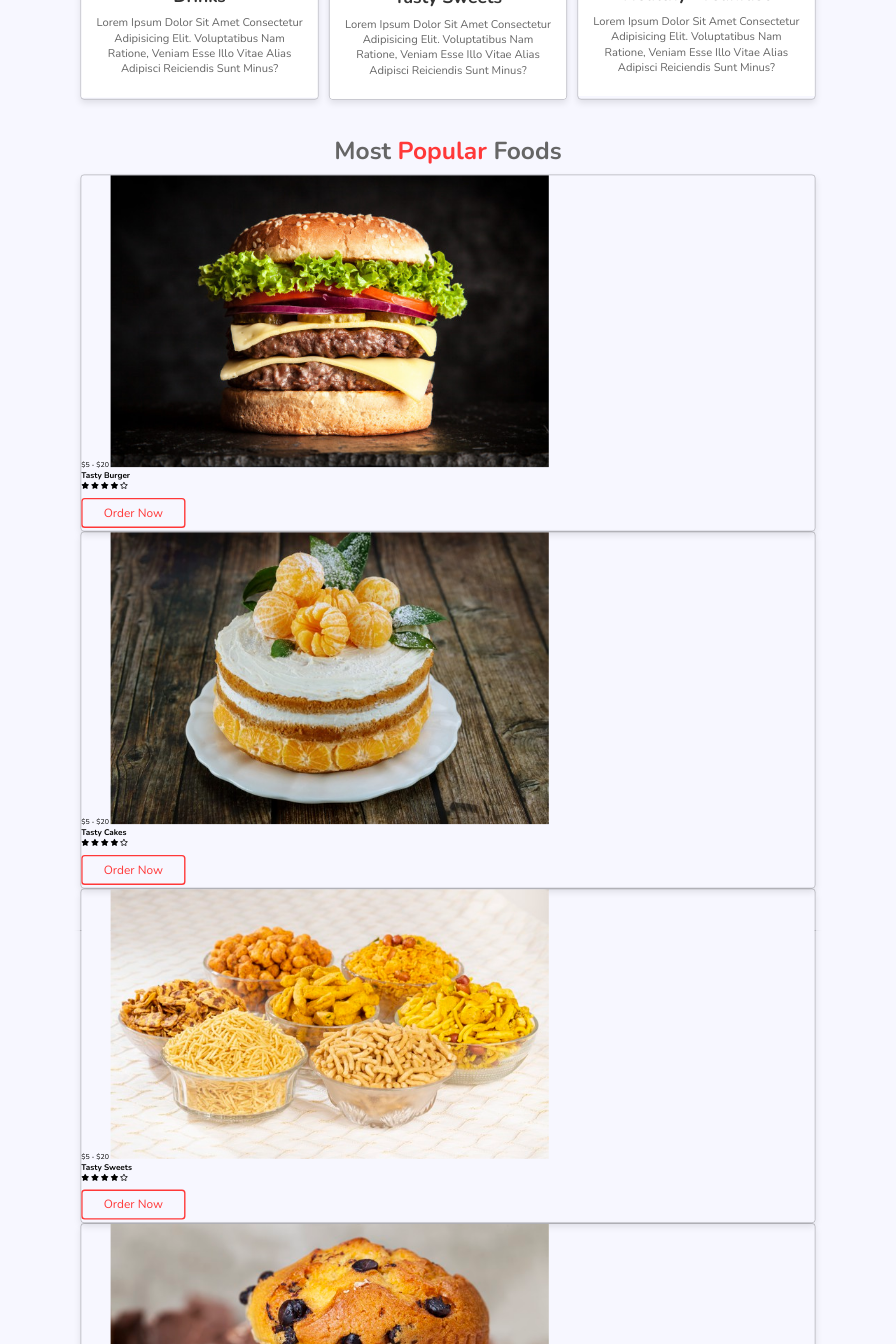
Repository: ManhTanVN/food
Page: index.html
The author's editor kept a copy of each file at every save. The page is drawn from the files as they stood at one save, then again after the next save.
The browser window is 1280 px wide. The pictures show the part of the page from y = 1225 to 3145 px (the page is 4525 px tall before and 4513 px after), at 70% of full size.
The style sheet was rebuilt from its Sass, Less or Tailwind sources for each picture, by a compiler version that may differ from the author's.

Above is the page before, as saved 2021-08-29 16:29:38.

### index.html
<!DOCTYPE html>
<html lang="en">
<head>
    <meta charset="UTF-8">
    <meta http-equiv="X-UA-Compatible" content="IE=edge">
    <meta name="viewport" content="width=device-width, initial-scale=1.0">
    <title>Document</title>
    <!-- font awe-some CDN -->
    <link rel="stylesheet" href="https://cdnjs.cloudflare.com/ajax/libs/font-awesome/5.15.4/css/all.min.css">

    <!-- custom css -->
    <link rel="stylesheet" href="./assets/css/style.css">
</head>
<body>
    <!-- header section start -->
    <header>
        <a href="#" class="logo"><i class="fas fa-utensils"></i>food</a>
        <div id="menu-bar" class="fas fa-bars"></div>
        <nav class="navbar">
            <a href="#home">home</a>
            <a href="#speciality">speciality</a>
            <a href="#popular">popular</a>
            <a href="#gallery">gallery</a>
            <a href="#review">review</a>
            <a href="#order">order</a>
        </nav>
    </header>
    <!-- header section end -->

    <!-- home section starts -->
    <section class="home" id="home">
        <div class="home__content">
            <h3>food made with love</h3>
            <p>Lorem ipsum dolor sit amet, consectetur adipisicing elit. Corrupti inventore error fugit alias sapiente, eveniet minima impedit repellendus, itaque beatae porro ullam nobis, vero assumenda quod quibusdam consequuntur provident! Error!</p>
            <a href="#" class="btn">order now</a>
        </div>
        <div class="home__image">
            <img src="./assets/images/home-img.png" alt="">
        </div>


    </section>
    <!-- home section ends -->

    <!-- speciality section starts -->
    <section class="speciality" id="speciality">
        <h1 class="heading">our <span>speciality</span></h1>
        <div class="box-container">
            <div class="box">
                <img class="box__image" src="./assets/images/s-img-1.jpg" alt="">
                <div class="box__content">
                    <img src="./assets/images/s-1.png" alt="">
                    <h3>tasty burger</h3>
                    <p>Lorem ipsum dolor sit amet consectetur adipisicing elit. Voluptatibus nam ratione, veniam esse illo vitae alias adipisci reiciendis sunt minus?</p>
                </div>
            </div>
            <div class="box">
                <img class="box__image" src="./assets/images/s-img-2.jpg" alt="">
                <div class="box__content">
                    <img src="./assets/images/s-2.png" alt="">
                    <h3>tasty pizza</h3>
                    <p>Lorem ipsum dolor sit amet consectetur adipisicing elit. Voluptatibus nam ratione, veniam esse illo vitae alias adipisci reiciendis sunt minus?</p>
                </div>
            </div>
            <div class="box">
                <img class="box__image" src="./assets/images/s-img-3.jpg" alt="">
                <div class="box__content">
                    <img src="./assets/images/s-3.png" alt="">
                    <h3>cold ice-cream</h3>
                    <p>Lorem ipsum dolor sit amet consectetur adipisicing elit. Voluptatibus nam ratione, veniam esse illo vitae alias adipisci reiciendis sunt minus?</p>
                </div>
            </div>
            <div class="box">
                <img class="box__image" src="./assets/images/s-img-4.jpg" alt="">
                <div class="box__content">
                    <img src="./assets/images/s-4.png" alt="">
                    <h3>drinks</h3>
                    <p>Lorem ipsum dolor sit amet consectetur adipisicing elit. Voluptatibus nam ratione, veniam esse illo vitae alias adipisci reiciendis sunt minus?</p>
                </div>
            </div>
            <div class="box">
                <img class="box__image" src="./assets/images/s-img-5.jpg" alt="">
                <div class="box__content">
                    <img src="./assets/images/s-5.png" alt="">
                    <h3>tasty sweets</h3>
                    <p>Lorem ipsum dolor sit amet consectetur adipisicing elit. Voluptatibus nam ratione, veniam esse illo vitae alias adipisci reiciendis sunt minus?</p>
                </div>
            </div>
            <div class="box">
                <img class="box__image" src="./assets/images/s-img-6.jpg" alt="">
                <div class="box__content">
                    <img src="./assets/images/s-6.png" alt="">
                    <h3>healthy breakfast</h3>
                    <p>Lorem ipsum dolor sit amet consectetur adipisicing elit. Voluptatibus nam ratione, veniam esse illo vitae alias adipisci reiciendis sunt minus?</p>
                </div>
            </div>
        </div>
    </section>
    <!-- speciality section ends -->

    <!-- popular section starts -->
    <section class="popular" id="popular">
        <h1 class="heading">most <span>popular</span> foods</h1>
        <div class="box-container">
            <div class="box">
                <span class="box__price"> $5 - $20 </span>
                <img src="./assets/images/p-1.jpg" alt="">
                <h3>tasty burger</h3>
                <div class="box__star">
                    <i class="fas fa-star"></i>
                    <i class="fas fa-star"></i>
                    <i class="fas fa-star"></i>
                    <i class="fas fa-star"></i>
                    <i class="far fa-star"></i>
                </div>
                <a href="#" class="btn">order now</a>
            </div>
            <div class="box">
                <span class="box__price"> $5 - $20 </span>
                <img src="./assets/images/p-2.jpg" alt="">
                <h3>tasty cakes</h3>
                <div class="box__star">
                    <i class="fas fa-star"></i>
                    <i class="fas fa-star"></i>
                    <i class="fas fa-star"></i>
                    <i class="fas fa-star"></i>
                    <i class="far fa-star"></i>
                </div>
                <a href="#" class="btn">order now</a>
            </div>
            <div class="box">
                <span class="box__price"> $5 - $20 </span>
                <img src="./assets/images/p-3.jpg" alt="">
                <h3>tasty sweets</h3>
                <div class="box__star">
                    <i class="fas fa-star"></i>
                    <i class="fas fa-star"></i>
                    <i class="fas fa-star"></i>
                    <i class="fas fa-star"></i>
                    <i class="far fa-star"></i>
                </div>
                <a href="#" class="btn">order now</a>
            </div>
            <div class="box">
                <span class="box__price"> $5 - $20 </span>
                <img src="./assets/images/p-4.jpg" alt="">
                <h3>tasty cupcakes</h3>
                <div class="box__star">
                    <i class="fas fa-star"></i>
                    <i class="fas fa-star"></i>
                    <i class="fas fa-star"></i>
                    <i class="fas fa-star"></i>
                    <i class="far fa-star"></i>
                </div>
                <a href="#" class="btn">order now</a>
            </div>
            <div class="box">
                <span class="box__price"> $5 - $20 </span>
                <img src="./assets/images/p-5.jpg" alt="">
                <h3>cold drinks</h3>
                <div class="box__star">
                    <i class="fas fa-star"></i>
                    <i class="fas fa-star"></i>
                    <i class="fas fa-star"></i>
                    <i class="fas fa-star"></i>
                    <i class="far fa-star"></i>
                </div>
                <a href="#" class="btn">order now</a>
            </div>
            <div class="box">
                <span class="box__price"> $5 - $20 </span>
                <img src="./assets/images/p-6.jpg" alt="">
                <h3>cold ice-cream</h3>
                <div class="box__star">
                    <i class="fas fa-star"></i>
                    <i class="fas fa-star"></i>
                    <i class="fas fa-star"></i>
                    <i class="fas fa-star"></i>
                    <i class="far fa-star"></i>
                </div>
                <a href="#" class="btn">order now</a>
            </div>
        </div>

    </section>
    <!-- popular section ends -->

<!-- custom js -->
<script src="./assets/js/main.js"></script>
</body>
</html>

### assets/js/main.js
let menu = document.querySelector("#menu-bar");
let navbar = document.querySelector(".navbar");

menu.onclick = () =>{
    menu.classList.toggle('fa-times');
    navbar.classList.toggle('active');
}

window.onscroll = () => {
    menu.classList.remove('fa-times');
    navbar.classList.remove('active');
}

### sass/style.scss
@import url('https://fonts.googleapis.com/css2?family=Nunito:wght@200;300;400;600;700&display=swap');
@import './mixin';
@import './variables';
@import './animation';
@import './base';
@import './header';
@import './menu-bar';
@import './home';
@import './btn';
@import './speciality';

@import './_media';

### sass/_mixin.scss
@mixin responsive($breakpoint) {
    @if $breakpoint == tablet {
        @media (max-width:991px) {@content}
    };

    @if $breakpoint == phone {
        @media (max-width: 768px) {@content}
    };

    @if $breakpoint == small {
        @media (max-width: 400px) {@content}
    };
}

### sass/_variables.scss
$color-red: #ff3838;

### sass/_animation.scss
@keyframes float {
    0%, 100% {
        transform: translateY(0rem)
    };

    50% {
        transform: translateY(03rem)
    }
}

### sass/_base.scss
* {
    font-family: 'Nunito', sans-serif;
    padding: 0; margin: 0;
    box-sizing: border-box;
    border: 0; outline: none;
    text-transform: capitalize;
    text-decoration: none;
    transition: all .2s linear;
}

*::selection {
    background: $color-red;
    color: #fff;
}

html {
    font-size: 62.5%;
    overflow-x: hidden;
    scroll-behavior: smooth;
    scroll-padding-top: 6rem;
    @include responsive (tablet) {
        font-size: 55%;
    }

    @include responsive (small) {
        font-size: 50%;

    }
}

body {
    background: #f7f7ff;
}

section {
    padding: 2rem 9%;
    @include responsive (tablet){
        padding: 2rem;
    }
}

### sass/_header.scss
header {
    position: fixed;
    top: 0;
    left: 0;
    right: 0;
    z-index: 9999;
    background: #fff;
    padding: 2rem 9%;
    box-shadow: 0 0.5rem 1rem rgba(0,0,0,.1);
    display: flex;
    justify-content: space-between;
    align-items: center;
    @include responsive (tablet) {
        padding: 2rem;
    }

}
header .logo {
    font-size: 2.5rem;
    font-weight: bold;
    color: #666;
}
header .logo i {
    padding-right: .5rem;
    color: $color-red;
}
header .navbar a {
    font-size: 2rem;
    margin-left: 2rem;
    color: #666;

    @include responsive (phone) {
        margin: 1.5rem;
        padding: 1.5rem;
        display: block;
        border: .2rem solid rgba(0,0,0,.1);
        border-left: .5rem solid $color-red;
        background: #fff;
    }
}

header .navbar a:hover {
    color: $color-red;
}

header .navbar {
    @include responsive (phone) {
        position: absolute;
        top: 100%;
        right: 0;
        left: 0;
        background: #f7f7f7;
        border-top: .1rem solid rgba(0,0,0,.1);
        clip-path: polygon(0 0, 100% 0 , 100% 0 , 0 0);
        // -webkit-clip-path :(0 0, 100% 0 , 100% 0 , 0 0);
    }
}
header .navbar.active {
    @include responsive (phone) {
        clip-path: polygon(0 0, 100% 0 , 100% 100% , 0 100%);

    }
}

### sass/_menu-bar.scss
#menu-bar {
    font-size: 3rem;
    cursor: pointer;
    color: #666;
    border: .1rem solid #666;
    border-radius: .3rem;
    padding: .5rem 1.5rem;
    display: none;

    @include responsive (phone) {
        display: initial;
    }

}

### sass/_home.scss
.home {
    display: flex;
    flex-wrap: wrap;
    gap: 1.5rem;
    min-height: 100vh;
    align-items: center;
    background: url(../assets/images/home-bg.jpg) no-repeat;
    // background: url(../assets/images/pic1.png);
    // background: gold;
    background-size: cover;
    background-position: center;

    &__content{
        flex: 1 1 40rem;
        padding-top: 6.5rem;

        & h3{
            font-size: 5rem;
            color: #333;
        }
        & p{
            font-size: 1.7rem;
            color: #666;
            padding: 1rem 0;
        }
    }
    &__image {
        flex: 1 1 40rem;

    }
    &__image img {
        width: 100%;
        padding: 1rem;
        animation: float 3s linear infinite;
    }
}

### sass/_btn.scss
.btn {
    display: inline-block;
    padding: .8rem 3rem;
    border: .2rem solid $color-red;
    color: $color-red;
    cursor: pointer;
    font-size: 1.7rem;
    border-radius: .5rem;
    position: relative;
    overflow: hidden;
    z-index: 0;
    margin-top: 1rem;
    &::after {
        content: "";
        position: absolute;
        top: 0;
        right: 0;
        width: 0;
        height: 100%;
        background: $color-red;
        transition: .2s linear;
        z-index: -1;
    }

    &:hover::after {
        width: 100%;
        left: 0;;
    }
    &:hover {
        color: #fff;
    }
}

### sass/_speciality.scss
.heading {
    text-align: center;
    font-size: 3.5rem;
    padding: 1rem;
    color: #666;

    & span {
        color: $color-red;
    }
}
.speciality {
    & .box-container {
        display: flex;
        flex-wrap: wrap;
        gap: 1.5rem;
    }

}
.box {
    flex: 1 1 30rem;
    position: relative;
    overflow: hidden;
    box-shadow: 0 .5rem 1rem rgba(0,0,0,.1);
    border: .1rem solid rgba(0,0,0,.3);
    cursor: pointer;
    border-radius: .5rem;

    &__image{
        width: 100%;
        height: 100%;
        object-fit: cover;
        position: absolute;
        top: -100%;
        left: 0;

    }
    &:hover &__image{
        top: 0;
    }

    &:hover &__content{
        transform: translateY(100%);
    }

    &__content {
        text-align: center;
        padding: 2rem;
        background: #fff;
        & img {
            margin: 1.5rem 0;
        }
        & h3 {
            font-size: 2.5rem;
            color: #333;
        }
        & p {
            font-size: 1.6rem;
            color: #666;
            padding: 1rem 0;
        }
    }
}

### sass/__media.scss
@media (max-width: 991px) {
    html {
    }
    header {

    }
}

@media (max-width: 768px) {


    .menu-bar {

    }
}

After the next save:
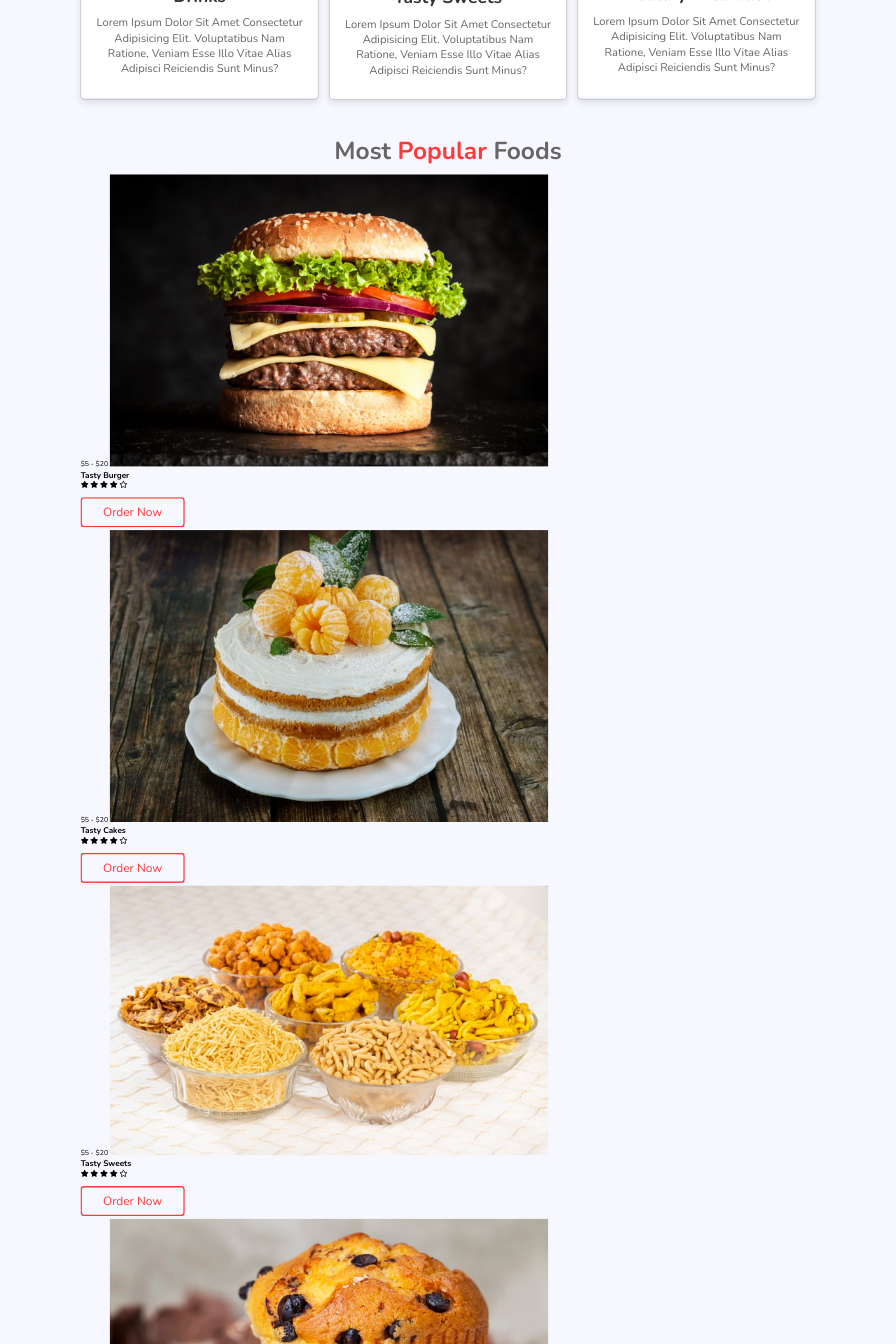
Saved 58 s later.
--- a/sass/_speciality.scss
+++ b/sass/_speciality.scss
@@ -13,50 +13,50 @@
         display: flex;
         flex-wrap: wrap;
         gap: 1.5rem;
+        & .box {
+            flex: 1 1 30rem;
+            position: relative;
+            overflow: hidden;
+            box-shadow: 0 .5rem 1rem rgba(0,0,0,.1);
+            border: .1rem solid rgba(0,0,0,.3);
+            cursor: pointer;
+            border-radius: .5rem;
+
+            &__image{
+                width: 100%;
+                height: 100%;
+                object-fit: cover;
+                position: absolute;
+                top: -100%;
+                left: 0;
+
+            }
+            &:hover .box__image{
+                top: 0;
+            }
+
+            &:hover .box__content{
+                transform: translateY(100%);
+            }
+
+            &__content {
+                text-align: center;
+                padding: 2rem;
+                background: #fff;
+                & img {
+                    margin: 1.5rem 0;
+                }
+                & h3 {
+                    font-size: 2.5rem;
+                    color: #333;
+                }
+                & p {
+                    font-size: 1.6rem;
+                    color: #666;
+                    padding: 1rem 0;
+                }
+            }
+        }
     }
 
 }
-.box {
-    flex: 1 1 30rem;
-    position: relative;
-    overflow: hidden;
-    box-shadow: 0 .5rem 1rem rgba(0,0,0,.1);
-    border: .1rem solid rgba(0,0,0,.3);
-    cursor: pointer;
-    border-radius: .5rem;
-
-    &__image{
-        width: 100%;
-        height: 100%;
-        object-fit: cover;
-        position: absolute;
-        top: -100%;
-        left: 0;
-
-    }
-    &:hover &__image{
-        top: 0;
-    }
-
-    &:hover &__content{
-        transform: translateY(100%);
-    }
-
-    &__content {
-        text-align: center;
-        padding: 2rem;
-        background: #fff;
-        & img {
-            margin: 1.5rem 0;
-        }
-        & h3 {
-            font-size: 2.5rem;
-            color: #333;
-        }
-        & p {
-            font-size: 1.6rem;
-            color: #666;
-            padding: 1rem 0;
-        }
-    }
-}
